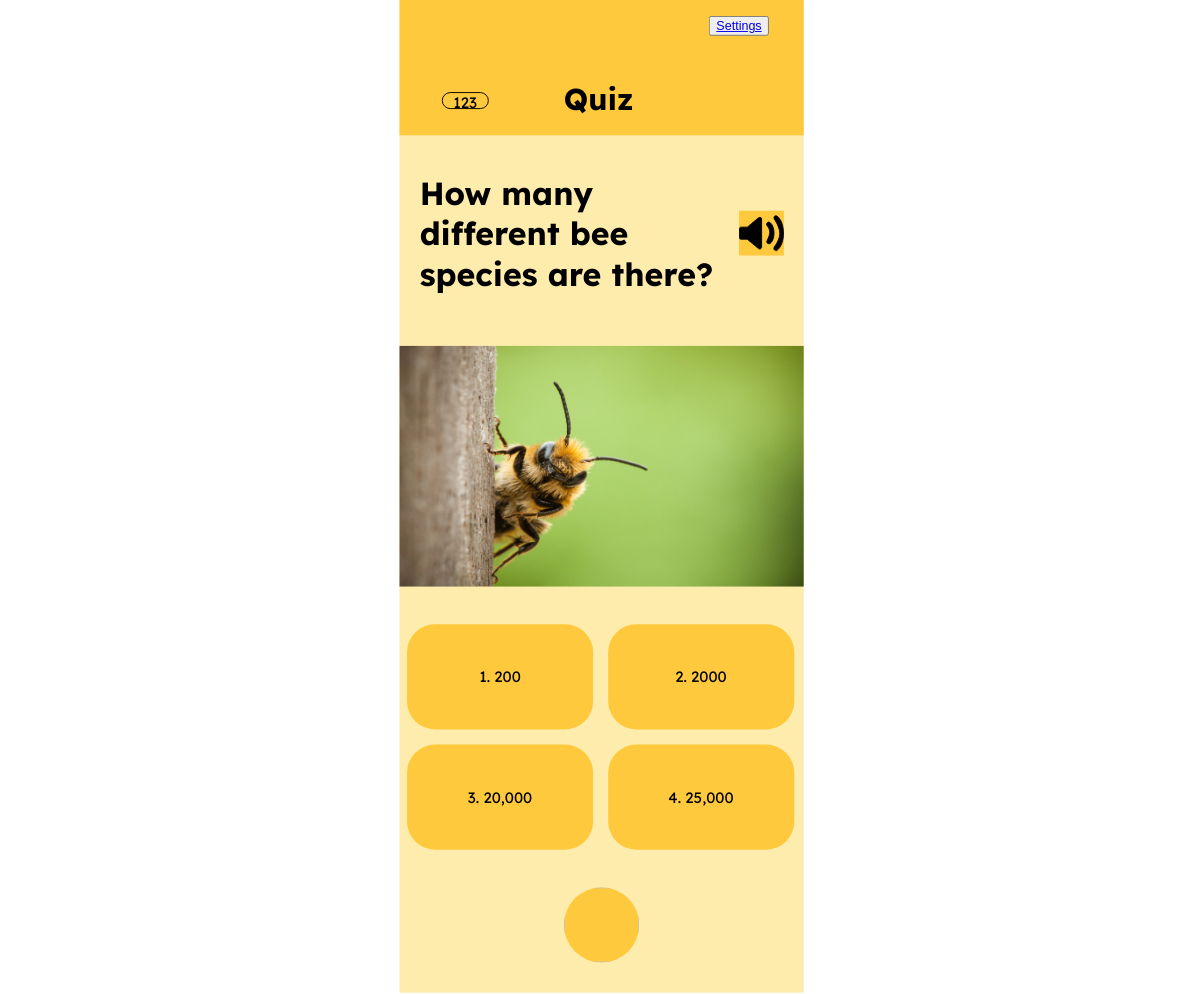
Repository: kellyzyhuang/HiveFive
Page: /Quiz
These files come from the project's save history. The page is drawn as it stood at one moment and after the next save; the edit follows.
The browser window is 1280 px wide. The pictures show the whole page, at 94% of full size.
Some web fonts or font styles are not loaded; a fallback is used. The project was rebuilt for these pictures with package versions that can differ from the ones it lists, and the page was loaded fresh each time. The framework's server and built-in components were replaced by stand-ins that run in the browser. Also part of the build but not shown: next.config.js, components/QuizResults/QuizResults.module.css, components/QuizResults/index.js, components/QuizPopup/QuizPopup.module.css, components/QuizPopup/index.js.

Above is the page before, as saved 2024-04-07 16:01:32.

### pages/Quiz.js
import { useState } from "react";
import { quiz } from '../data/inventory.js';
import Header from "@/components/Header/index.js";
import styles from "@/styles/Quiz.module.css";
import QuizResults from "@/components/QuizResults";
import QuizPopup from "@/components/QuizPopup";

export default function Quiz() {
  const [currentQuestionNumber, setCurrentQuestionNumber] = useState(0);
  const [points, setPoints] = useState(0);
  const [popup, setPopup] = useState(false);
  const [isCorrectAnswer, setIsCorrectAnswer] = useState(false);
  const [correctAnswersTotal, setCorrectAnswersTotal] = useState(0);
  const [quizComplete, setQuizComplete] = useState(false);
  const currentQuestion = quiz.questions[currentQuestionNumber];

  const displayAnswer = (option) => {
    const isCorrect = option == currentQuestion.answer;
    setIsCorrectAnswer(isCorrect);
    setPopup(true);

    if (isCorrect) {
      setPoints(points + 5);
      setCorrectAnswersTotal(correctAnswersTotal + 1);
    }
  };

  const nextQuestion = () => {
    setPopup(false);
    const nextQuestionIndex = currentQuestionNumber + 1;

    if (nextQuestionIndex < quiz.questions.length) {
      setCurrentQuestionNumber(nextQuestionIndex);
    } else {
      setQuizComplete(true);
    }
  };

  const restartQuiz = () => {
    setCurrentQuestionNumber(0);
    setCorrectAnswersTotal(0);
    setQuizComplete(false);
  };

  if (quizComplete) {
    return <QuizResults
             correctAnswersTotal={correctAnswersTotal}
             questionCount={quiz.questions.length}
             onRestart={restartQuiz}
            />;
  };

  return (
    <>
      <div className={styles.screen}>
        <Header title="Quiz"/>
        <div className={styles.buffer}></div>
        <div className={styles.questionHead}>
          <h1 className={styles.question}>{currentQuestion.question}</h1>
          <img className={styles.speaker} src={"/images/Voice_Icon.svg"} width={1} height={1}/>
        </div>
        <img className={styles.gameBanner} src={"/images/peekaboo_bee.jpeg"} width={1} height={1}/>
        <div className={styles.optionContainer}>
          {currentQuestion.options.map((option, index) => (
            <div key={index} className={styles.option} onClick={() => displayAnswer(option)}>
              <p>{index + 1}. {option}</p>
            </div>
          ))}
        </div>
        {popup && (
          <QuizPopup
            isCorrect={isCorrectAnswer}
            answer={currentQuestion.answer}
            onNextQuestion={nextQuestion}
          />
        )}
        <img className={styles.microphone}></img>
      </div>
    </>
  );
}

### styles/globals.css
:root {
  --secondary-color: #FEECAC;
  --accent-color: #FFC93D;
  --tertiary-color: #4D6A58;
  --black-text: #0000;
}

### data/inventory.js
export const quiz = {
  questions: [
    {
      id: 1,
      question: "How many different bee species are there?",
      options: ["200", "2000", "20,000", "25,000"],
      answer: "25,000",
    },
    {
      id: 2,
      question: "How fast can a honeybee fly?",
      options: ["5km/h", "10km/h", "24km/h", "20km/h"],
      answer: "24km/h",
    },
    {
      id: 3,
      question: "On average, how much honey does a honey bee worker produce in her lifetime?",
      options: ["1 cup", "1/12 tablespoon", "1 teaspoon", "1/12 teaspoon"],
      answer: "1/12 teaspoon",
    },
    {
      id: 4,
      question: "How many flower visits does it take to make one pound of honey?",
      options: ["200", "4000", "2,000,000", "200,000"],
      answer: "2,000,000",
    },
    {
      id: 5,
      question: "How many hours do honeybees sleep a night?",
      options: ["0", "3", "8", "12"],
      answer: "0",
    }
  ]
}

### components/Header/index.js
import styles from './Header.module.css';
import Image from 'next/image';
import Link from 'next/link';

export default function Header({ title }) {
  return(
    <header className={styles.header}>
      {/* <Image src="/images/bee.png" alt="bee icon" width={1} height={1}/>  */}
      <ul className={styles.list}>
        <li className={styles.listItem}>
          <div className={styles.counter}>123</div>
        </li>
        <li className={styles.listItem}>
          <h1 className={styles.pageTitle}>{title}</h1>
        </li>
        <li className={styles.listItem}>
          <button className={styles.settings}><Link href="/Settings">Settings</Link></button>
        </li>
      </ul>
    </header>
  )
}

### styles/Quiz.module.css
@import url('https://fonts.googleapis.com/css2?family=Besley:ital,wght@0,400..900;1,400..900&family=Lexend:wght@100..900&display=swap');

.screen {
    width: 430px;
    height: 100%;
    background-color: var(--secondary-color);
    margin: -7px auto;
    display: flex;
    flex-wrap: wrap;
    justify-content: center;
    font-family: 'Lexend', sans-serif;
  }

  .question{
    font-size: 2.125rem;
    text-align: left;
  }

  .buffer{
    height: 10rem;
    width: 100%;
  }

  .speaker {
    background-color: var(--accent-color);
    width: 3rem;
    height: 3rem;
  }

  .gameBanner {
    width: 100%;
    background-color: var(--accent-color);
    height: 16rem;
    margin: 2rem 0;
  }

  .questionHead {
    display: flex;
    width: 90%;
    align-items: center;
    justify-content: space-between;
  }

  .option {
    width: 46%;
    height: 7rem;
    border-radius: 30px;
    margin: 0.5rem;
    background-color: var(--accent-color);
    display: flex;
    justify-content: center;
    align-items: center;
  }

  .optionContainer {
    display: flex;
    flex-wrap: wrap;
    width: 100%;
  }

  .microphone {
    background-color: var(--accent-color);
    height: 5rem;
    width: 5rem;
    margin: 2rem 0;
    border-radius: 50%;
  }

  .popup {
    position: fixed;
    top: 0;
    left: 0;
    width: 100%;
    height: 100%;
    background-color: rgba(0, 0, 0, 0.5);
    display: flex;
    justify-content: center;
    align-items: center;
    z-index: 10;
  }

  .popupContent {
    background: white;
    padding: 20px;
    border-radius: 10px;
    text-align: center;
  }

  .close {
    float: right;
    font-size: 28px;
  }

  .correct {
    color: green;
  }

  .incorrect {
    color: red;
  }

  .nextButton {
    padding: 10px;
    background-color: rgb(221, 166, 36);
    color: white;
    border: none;
    border-radius: 5px;
    cursor: pointer;
  }

### components/Header/Header.module.css
.header {
  background-color: var(--accent-color);
  height: 9rem;
  width: 430px;
  position: fixed;
  top: 0;
  z-index: 1000;
  display: flex;
  justify-content: center;
}

.list {
  list-style-type: none;
  display: flex;
}

.pageTitle {
  padding-top: 3rem;
  margin-right: 7rem;
}

.counter {
  border: 1px solid black;
  width: 3rem;
  height: 1rem;
  border-radius: 20px;
  background-color: none;
  display: flex;
  justify-content: center;
  margin-top: 5.1rem;
  margin-right: 5rem;
}

.settings {
  transform: translate(-2rem);
}

Loaded but not shown: pages/_app.js (common file); pages/_document.js (common file)

After the next save:
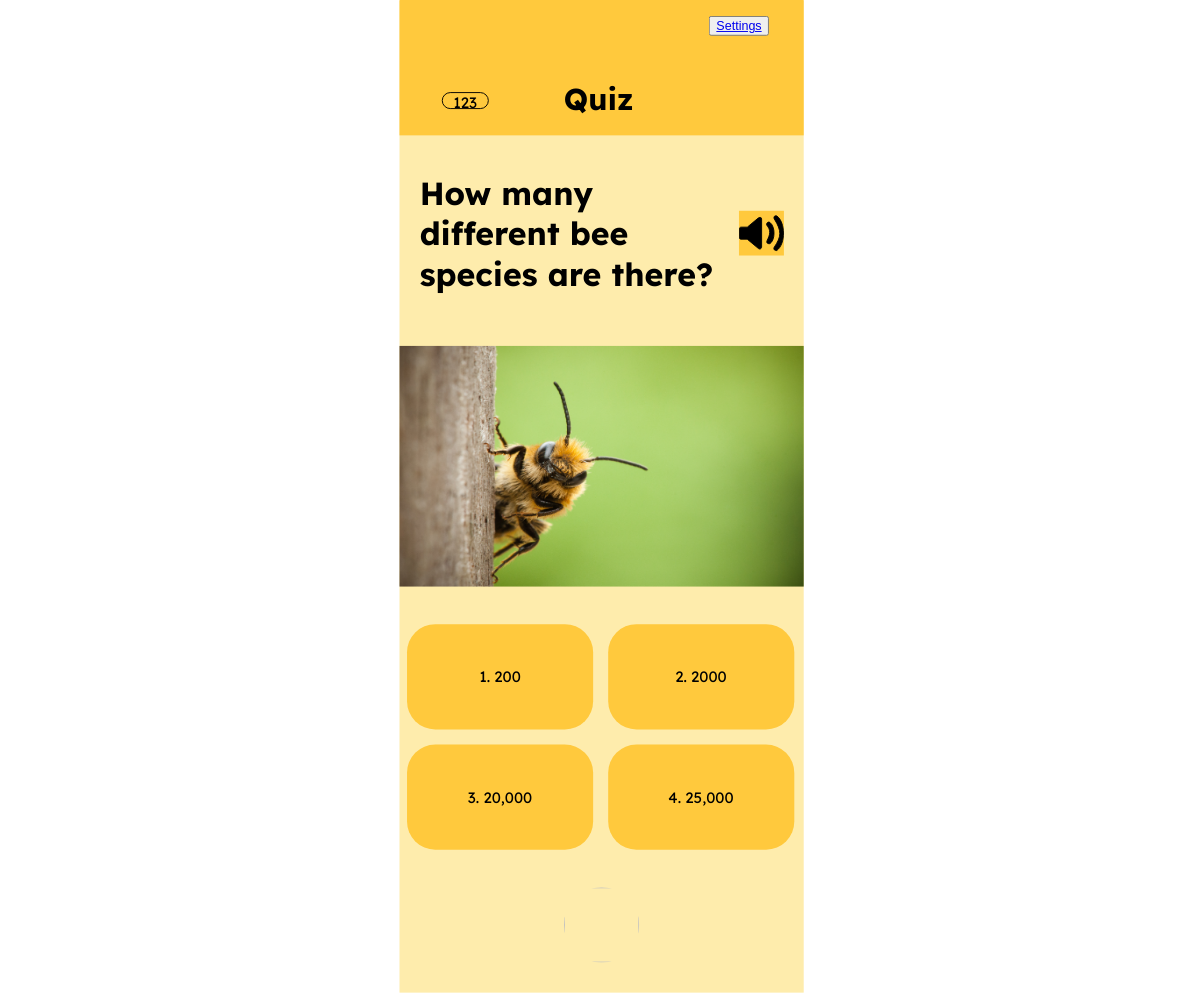
Saved 17 s later.
--- a/styles/Quiz.module.css
+++ b/styles/Quiz.module.css
@@ -59,7 +59,6 @@
   }
 
   .microphone {
-    background-color: var(--accent-color);
     height: 5rem;
     width: 5rem;
     margin: 2rem 0;

After the save that followed:
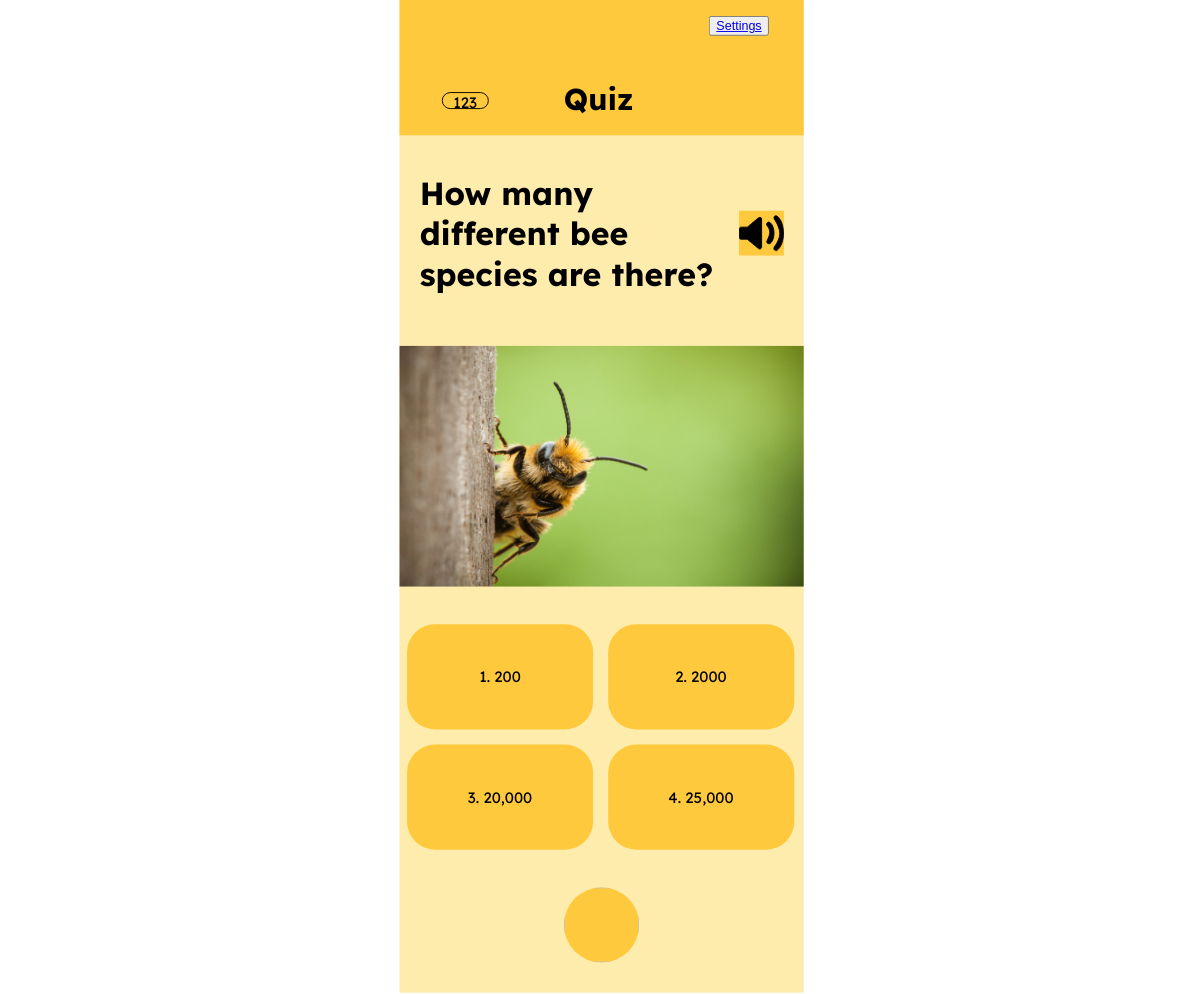
Saved 6 s later.
--- a/styles/Quiz.module.css
+++ b/styles/Quiz.module.css
@@ -59,6 +59,7 @@
   }
 
   .microphone {
+    background-color: var(--accent-color);
     height: 5rem;
     width: 5rem;
     margin: 2rem 0;
